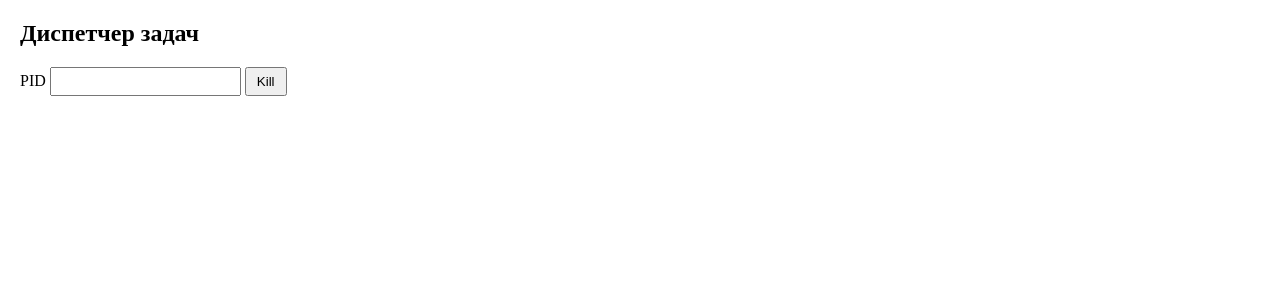
Repository: Predkor/OC
Page: index.html
An editor plug-in stored every save of this project. The page is shown before and after a run of saves, followed by the edit.
The browser window is 1280 px wide. The pictures show the whole page.
The page's requests for data from a server got no answer.

Above is the page before, as saved 2024-09-25 22:54:00.

### index.html
<!DOCTYPE html>
<html lang="en">
<head>
    <meta charset="UTF-8">
    <meta name="viewport" content="width=device-width, initial-scale=1.0">
    <title>Document</title>
</head>
<body>
    <section class="manager-block">
        <h1>Диспетчер задач</h1>
        <div class="process">
            <div class="process-control">
                <form action="/killproc" id="form-kill">
                    <label>
                        PID <input type="text" id="pid" name="pid">
                    </label>

                    <input type="submit" id="submit-kill" value="Kill">
                </form>

                <p id="kill-status"></p>

            </div>

            <div class="process-table">
                <table id="table-all-processes"></table>
            </div>
        </div>
    </section>


    <style>
        *{
            margin: 0;
            padding: 0;
            box-sizing: border-box;
        }

        body {
            display: flex;
            flex-direction: column;
            justify-content: center;
        }

        #table-all-processes, th, td {
            text-align: center;
            padding: 10px;
            border: 1px solid black;
            border-collapse: collapse;
        }

        th {
            padding: 10px;
        }

        td {
            word-break: break-all;
        }

        .manager-block {
            margin: 20px;
        }

        .process {
            display: flex;
            flex-direction: column;
            gap: 20px;
            margin-top: 20px;
        }

        #pid {
            padding: 5px;
        }

        #submit-kill {
            padding: 5px 10px 5px 10px;
        }

        .process-control {
            display: flex;
            gap: 20px;
        }


    </style>

    <script>
        const url = "http://localhost:8080";

        async function getProcessesList() {
            const u = `${url}/processes`;

            try{
                const response = await fetch(u);

                if (!response.ok) {
                    throw new Error(`Response status: ${response.status}`);
                }

                const json = await response.json();
                viewProcessList(json);
            } catch (e) {
                console.log(`Error: ${e}`);
            }
        }

        getProcessesList();
        setInterval(getProcessesList, 30000);

        function viewProcessList(data) {
            let table = document.querySelector('#table-all-processes');

            table.innerHTML = `
            <tr>
                <th>PID</th>
                <th>USER</th>
                <th>PR</th>
                <th>NI</th>
                <th>S</th>
                <th>MEM (KB)</th>
                <th>COMMAND</th>
            </tr>`;

            let arrayCategory = ["pid", "user", "pr", "ni", "s", "VmSize", "command"];

            data.forEach(item => {
                if (item.command !== '') {
                    let row = table.insertRow();
                    for (let i = 0; i < arrayCategory.length; i++) {
                        row.insertCell(i).textContent = item[arrayCategory[i]];
                    }
                }
            });
        }

        const killerForm = document.querySelector("#form-kill");
        killerForm.addEventListener("submit", async (event) => {
            event.preventDefault();

            let statusKill = document.querySelector("#kill-status");
            let pidValue = document.querySelector("#pid").value;
            let data = {
                pid: pidValue
            };

            try {
                const response = await fetch(`${url}/killproc`, {
                    method: "POST",
                    headers: {
                        "Content-Type": "application/json"
                    },
                    body: JSON.stringify(data)
                });

                if (!response.ok) {
                    throw new Error(`Response status: ${response.status}`);
                }

                const result = await response.json();
                statusKill.textContent = result.message;
            }catch(e) {
                console.log(`${e}`);
                statusKill.textContent = "error";
            }
        })

    </script>
</body>
</html>

After the next 3 saves:
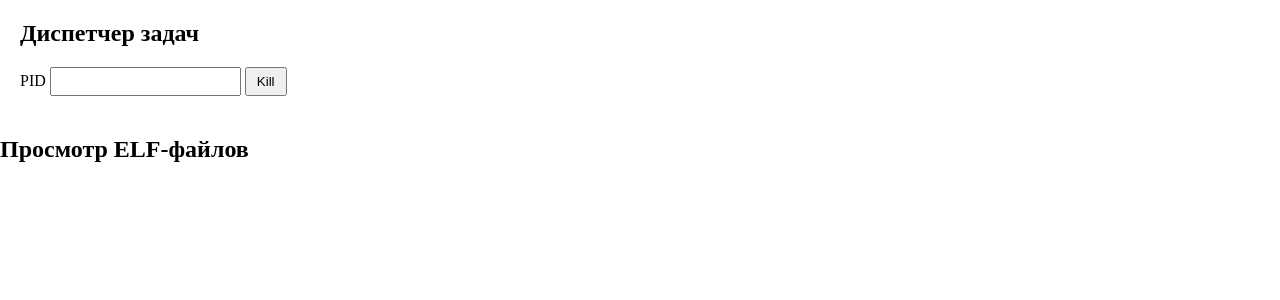
The 3 saves are shown as one change because they came seconds apart.
The last was saved 46 min 28 s later.
--- a/index.html
+++ b/index.html
@@ -28,6 +28,9 @@
         </div>
     </section>
 
+    <section class="elfread-block">
+        <h1>Просмотр ELF-файлов</h1>
+    </section>
 
     <style>
         *{
